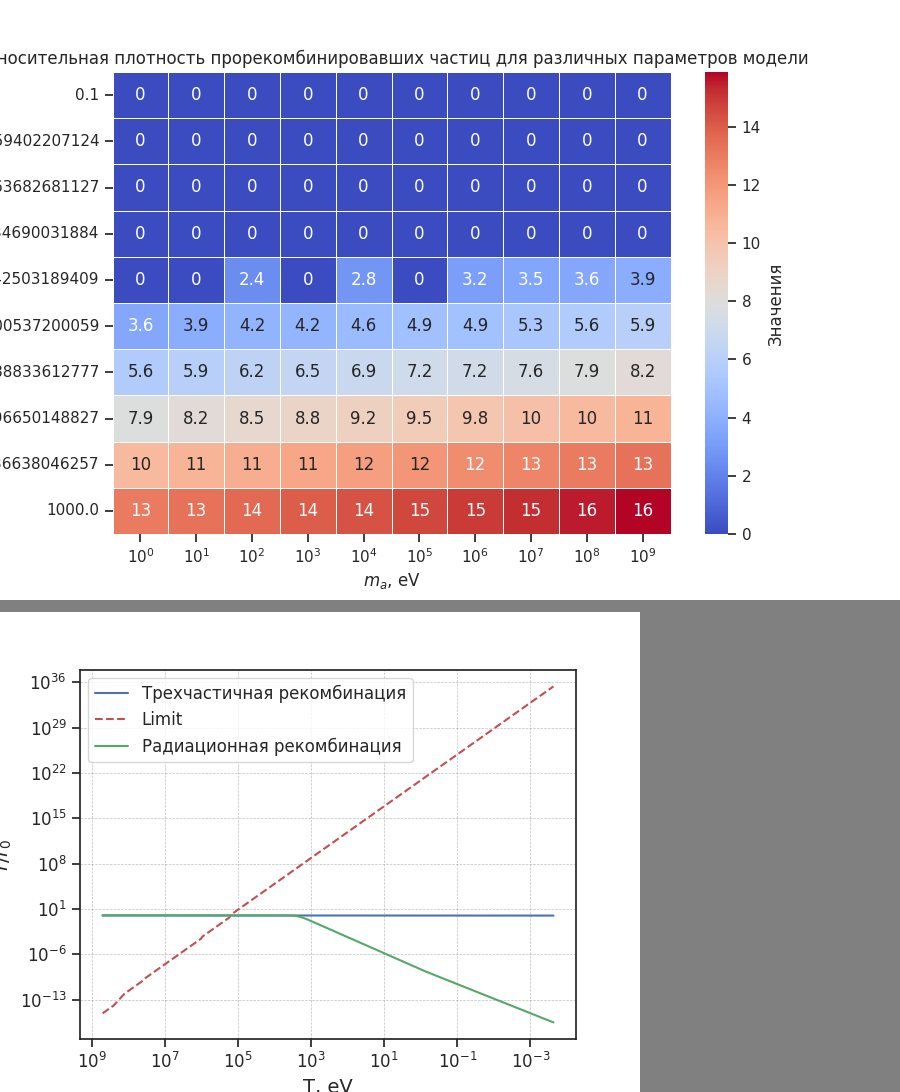
Repository: impermast/recombination
Script's output: python raschet/rec.py
An editor plug-in stored every save of this project. The script's output is shown before and after the next save, followed by the edit.
Each picture stacks the figures in order, with grey between them; figures that are only written to a file come last. Random numbers start from a fixed seed.

Above is the script's output before, as saved 2023-05-13 22:13:11.

After the next save:
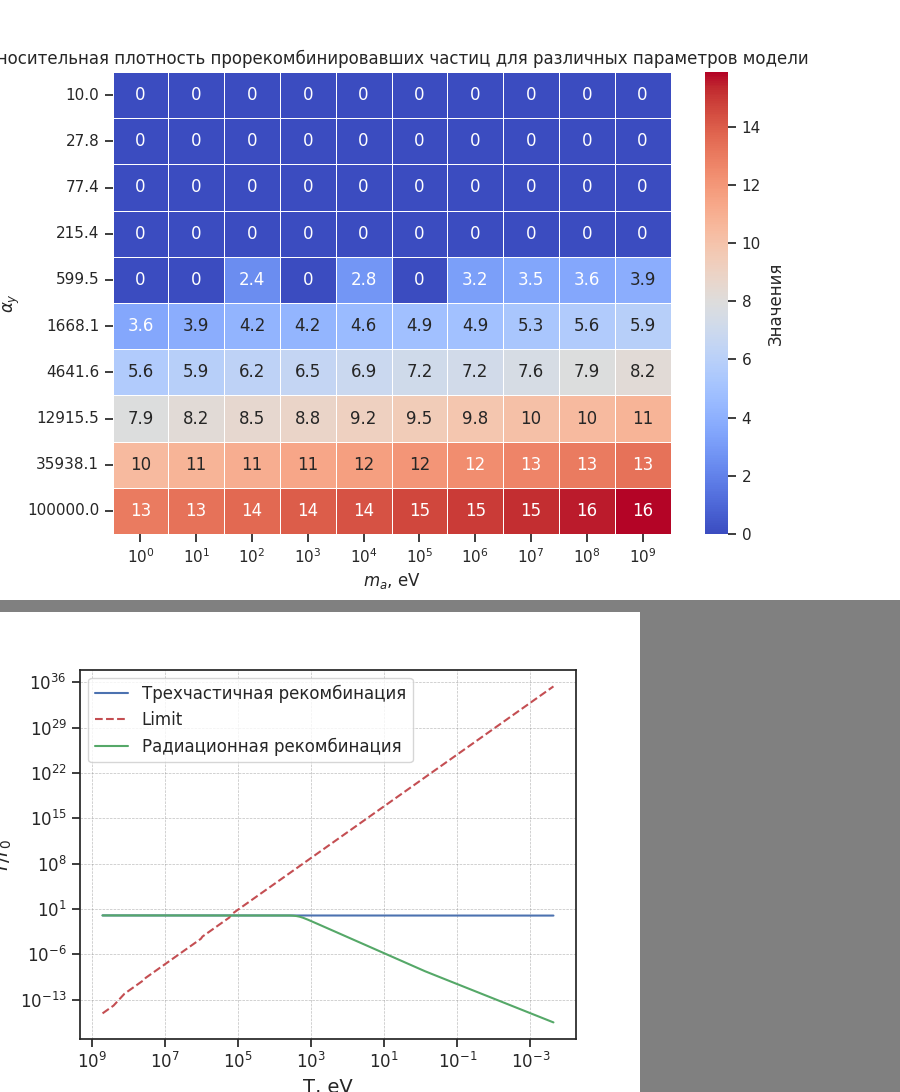
Saved 36 s later.
--- a/raschet/rec.py
+++ b/raschet/rec.py
@@ -84,7 +84,9 @@ def heatplot(df):
     sns.heatmap(df, annot=True, linewidths=.5, ax=ax, cmap='coolwarm', cbar_kws={'label': 'Значения'})
     ax.set(xlabel=r'$m_a$, eV', ylabel=r'$\alpha_y$', title='Относительная плотность прорекомбинировавших частиц для различных параметров модели')
     ax.xaxis.set_major_formatter(ticker.FuncFormatter(lambda x, pos: f'$10^{{{(x-0.5):.0f}}}$'))
-
+    labels = ["{:0.1f}".format(float(item.get_text())*100)
+                for item in ax.get_yticklabels()]
+    ax.set_yticklabels(labels)
     plt.xticks(rotation=0)
 
     # Add contour lines
